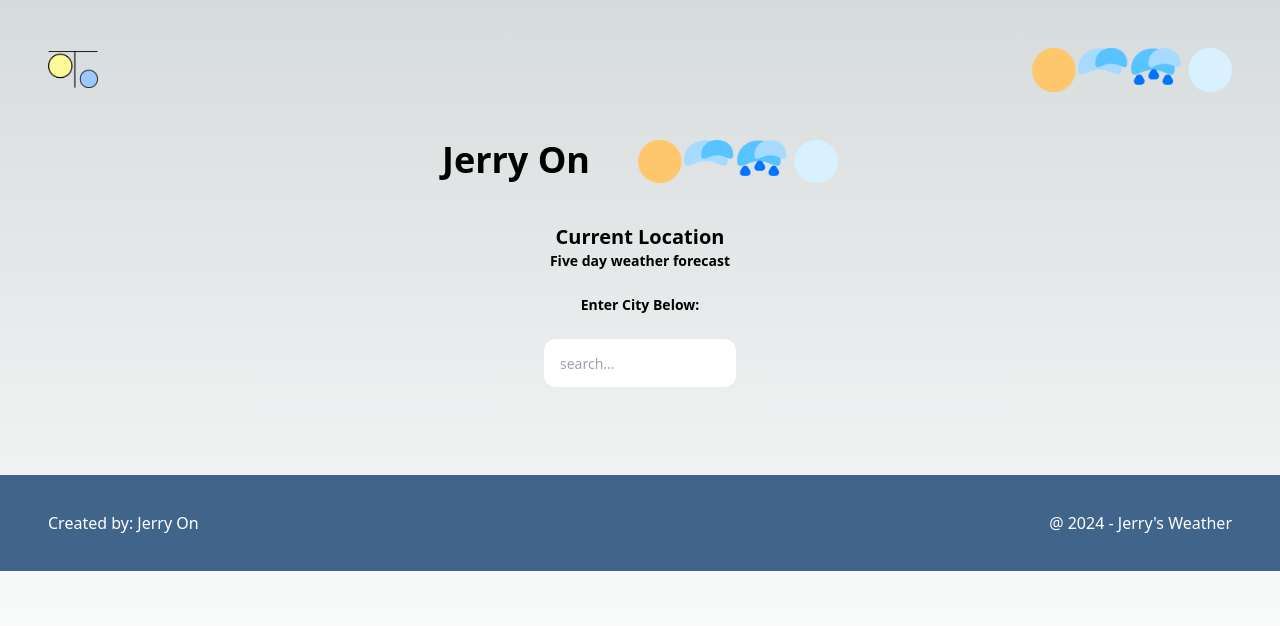
Repository: JerryWuOn/weatherAppMid
Page: /
These files come from the project's save history. The page is drawn as it stood at one moment and after the next save; the edit follows.
The browser window is 1280 px wide. The pictures show the whole page.
The project was rebuilt for these pictures with package versions that can differ from the ones it lists, and the page was loaded fresh each time. The framework's server and built-in components were replaced by stand-ins that run in the browser. Also part of the build but not shown: next.config.mjs.

Above is the page before, as saved 2024-02-12 20:04:28.

After the next save:
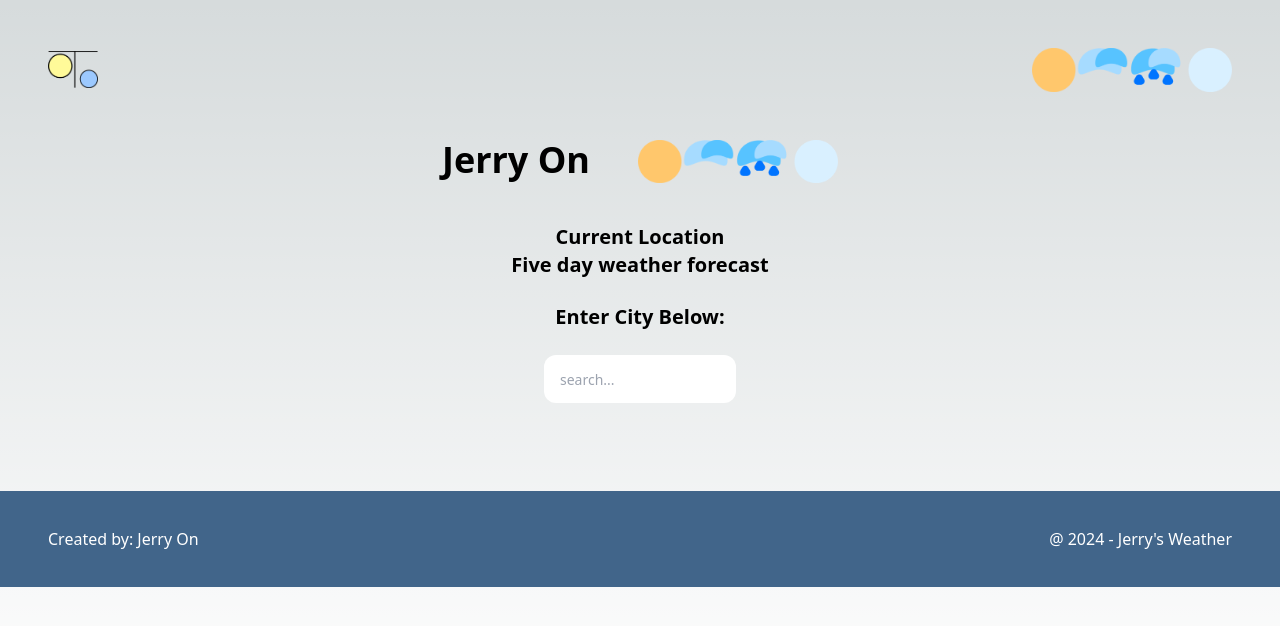
Saved 8 s later.
--- a/src/pages/index.tsx
+++ b/src/pages/index.tsx
@@ -67,8 +67,8 @@
             </div>
           </div>
           <div className="font-bold text-xl">Current Location</div>
-          <div className="font-bold mb-6">Five day weather forecast</div>
-          <div className="font-bold mb-6">Enter City Below:</div>
+          <div className="font-bold mb-6 text-xl">Five day weather forecast</div>
+          <div className="font-bold mb-6 text-xl">Enter City Below:</div>
           <form onSubmit={handleSubmit}>
             <input className="rounded-xl h-12 w-48 p-4 mb-6" type="text" placeholder="search..." value={city} onChange={handleLocation}/>
           </form>

After the save that followed:
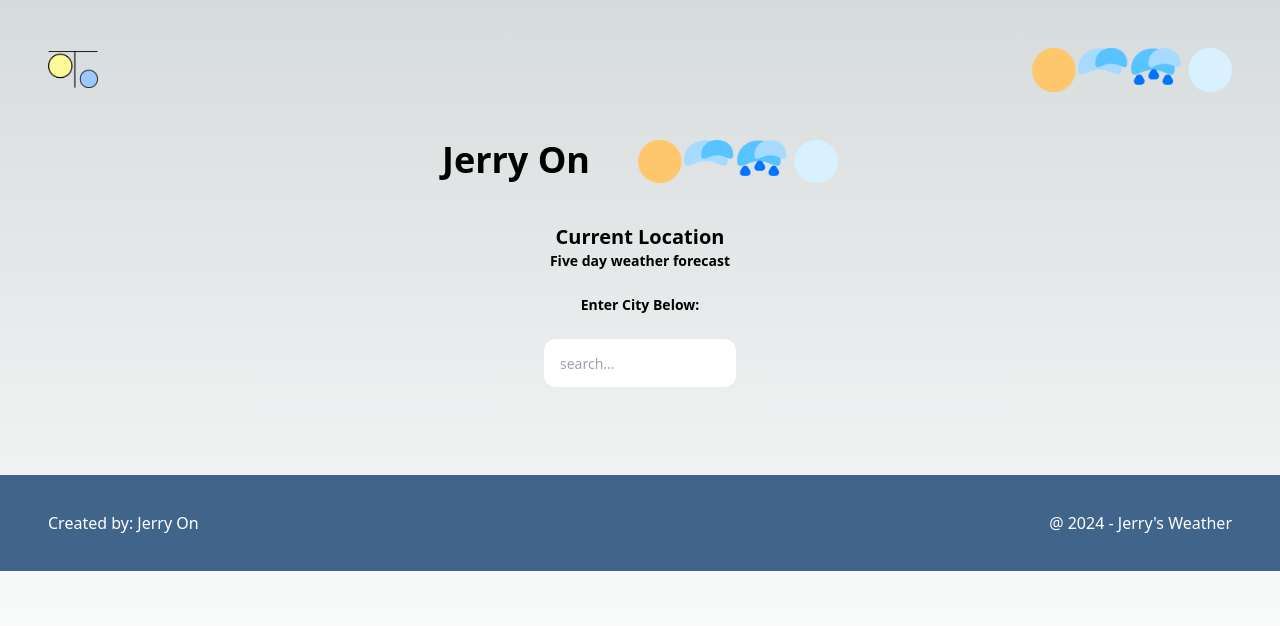
Saved 10 s later.
--- a/src/pages/index.tsx
+++ b/src/pages/index.tsx
@@ -67,8 +67,8 @@
             </div>
           </div>
           <div className="font-bold text-xl">Current Location</div>
-          <div className="font-bold mb-6 text-xl">Five day weather forecast</div>
-          <div className="font-bold mb-6 text-xl">Enter City Below:</div>
+          <div className="font-bold mb-6 text-md">Five day weather forecast</div>
+          <div className="font-bold mb-6 text-md">Enter City Below:</div>
           <form onSubmit={handleSubmit}>
             <input className="rounded-xl h-12 w-48 p-4 mb-6" type="text" placeholder="search..." value={city} onChange={handleLocation}/>
           </form>
